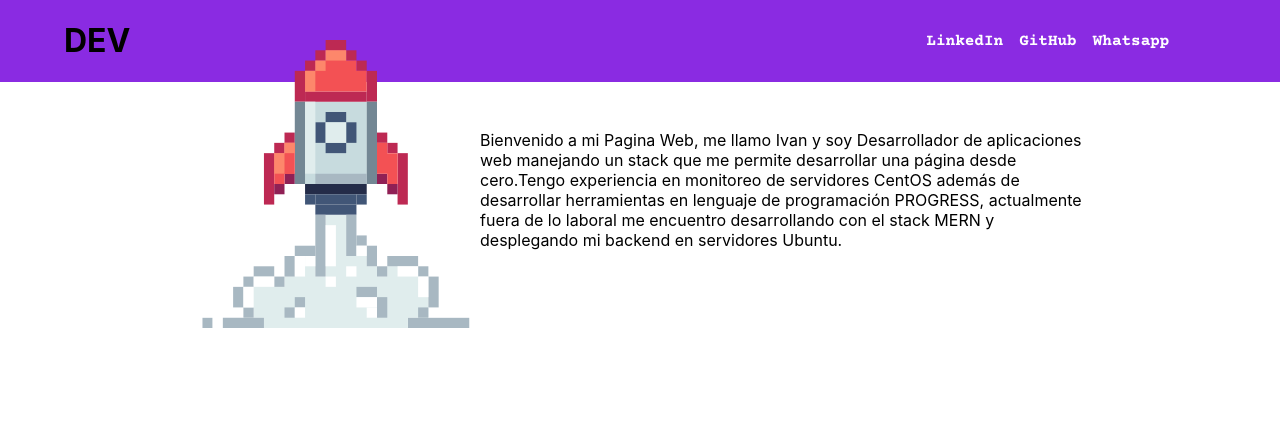
Repository: FxIvan/myweb
Page: /
An editor plug-in stored every save of this project. The page is shown before and after the next save, followed by the edit.
The browser window is 1280 px wide. The pictures show the whole page.
The project was rebuilt for these pictures with package versions that can differ from the ones it lists, and the page was loaded fresh each time.

Above is the page before, as saved 2022-11-02 11:45:51.

### public/index.html
<!DOCTYPE html>
<html lang="en">
  <head>
    <meta charset="utf-8" />
    <link rel="icon" href="%PUBLIC_URL%/favicon.ico" />
    <meta name="viewport" content="width=device-width, initial-scale=1" />
    <meta name="theme-color" content="#000000" />
    <meta
      name="description"
      content="Web site created using create-react-app"
    />
    <link rel="apple-touch-icon" href="%PUBLIC_URL%/logo192.png" />
    <!--
      manifest.json provides metadata used when your web app is installed on a
      user's mobile device or desktop. See https://developers.google.com/web/fundamentals/web-app-manifest/
    -->
    <link rel="manifest" href="%PUBLIC_URL%/manifest.json" />
    <!--
      Notice the use of %PUBLIC_URL% in the tags above.
      It will be replaced with the URL of the `public` folder during the build.
      Only files inside the `public` folder can be referenced from the HTML.

      Unlike "/favicon.ico" or "favicon.ico", "%PUBLIC_URL%/favicon.ico" will
      work correctly both with client-side routing and a non-root public URL.
      Learn how to configure a non-root public URL by running `npm run build`.
    -->
    <title>My Web |Almendra Ivan 2022</title>
    <!--FONTS GOOGLE-->
    <link rel="preconnect" href="https://fonts.googleapis.com">
    <link rel="preconnect" href="https://fonts.gstatic.com" crossorigin>
    <link href="https://fonts.googleapis.com/css2?family=Courier+Prime:wght@700&display=swap" rel="stylesheet">
  </head>
  <body>
    <noscript>You need to enable JavaScript to run this app.</noscript>
    <div id="root"></div>
    <!--
      This HTML file is a template.
      If you open it directly in the browser, you will see an empty page.

      You can add webfonts, meta tags, or analytics to this file.
      The build step will place the bundled scripts into the <body> tag.

      To begin the development, run `npm start` or `yarn start`.
      To create a production bundle, use `npm run build` or `yarn build`.
    -->
  </body>
</html>

### src/index.js
import React from 'react';
import ReactDOM from 'react-dom/client';
import './index.css';
import App from './App';
import reportWebVitals from './reportWebVitals';
import { BrowserRouter } from 'react-router-dom';


const root = ReactDOM.createRoot(document.getElementById('root'));
root.render(
  <React.StrictMode>
    <App />
  </React.StrictMode>
);

// If you want to start measuring performance in your app, pass a function
// to log results (for example: reportWebVitals(console.log))
// or send to an analytics endpoint. Learn more: https://bit.ly/CRA-vitals
reportWebVitals();

### src/App.js
import { Routes, Route, HashRouter} from "react-router-dom";
import { Header } from "./component/header/header";

function App() {
  return (
    <HashRouter>
    <Routes>
        <Route path="/" element={<Header/>} />
    </Routes>
    </HashRouter>
  );
}

export default App;

### src/component/header/header.js
import React from 'react'
import '../css/header.css'
import { Section1 } from '../section1/section1'


export const Header = () =>{
    return(
        <div>
        <header>
            <div className='container-header'>
                <div className='subcontainer-header'>
                    <div className='container-header-logo'>
                        <h1>DEV</h1>
                    </div>
                    <div className='container-header-link'>
                        <ul>
                            <li><a href='https://www.linkedin.com/in/devalmendra/' target='_blanck'>LinkedIn</a></li>
                            <li><a href='https://github.com/FxIvan' target='_blanck'>GitHub</a></li>
                            <li><a href='https://api.whatsapp.com/send/?phone=541136887781&text&type=phone_number&app_absent=0' target='_blanck'>Whatsapp</a></li>
                        </ul>
                    </div>
                </div>
            </div>
        </header>
        <section>
            <div>
                <Section1/>
            </div>
        </section>
        </div>
    )
}

### src/component/css/header.css
header{
    background-color: blueviolet;
}

.container-header{
    margin: auto;
}

.subcontainer-header{
    display: flex;
    width: 90%;
    margin: auto;
    align-items: center;
}

.container-header-logo{
    width: 70%;
}
.container-header-link{
    width: 30%;
}
.container-header-link ul, a{
    display: flex;
    text-decoration: none;
    list-style: none;
    font-family: 'Courier Prime', monospace;
    font-weight: bolder;
    font-size: 16px;
    color: white;
}

.container-header-link ul li{
    margin-left: 1rem;
}

.container-presentacion{
    width: 70%;
    margin: auto;
    height: 20vh;
    margin-top: 2rem;
    display: flex;
    align-items: center;
}

.pesentacion-img img{
    height: 40vh;
}

.presentacion-text{
    height: 100%;
}

@media only screen and (max-width: 700px) {
    .container-header{

    }
    .subcontainer-header{

    }
    .container-header-logo{

    }
    .container-header-link{

    }
}

### src/component/section1/section1.js
import React from 'react'
import cohete from '../../media/img/coheteSection.svg'


export const Section1 = () =>{
    return(
        <div>
            <div className='container-presentacion'>
                <div className='pesentacion-img'>
                    <img src={cohete}/>
                </div>
                <div className='presentacion-text'>
                    <div>
                        <p>Bienvenido a mi Pagina Web, me llamo Ivan y soy Desarrollador de aplicaciones web manejando un stack que me permite desarrollar una página desde cero.Tengo experiencia en monitoreo de servidores CentOS además de desarrollar herramientas en lenguaje de programación PROGRESS, actualmente fuera de lo laboral me encuentro desarrollando con el stack MERN y desplegando mi backend en servidores Ubuntu. </p>
                    </div>
                </div>
            </div>
        </div>
    )
}

Loaded but not shown: src/index.css (common file); src/reportWebVitals.js (common file)

After the next save:
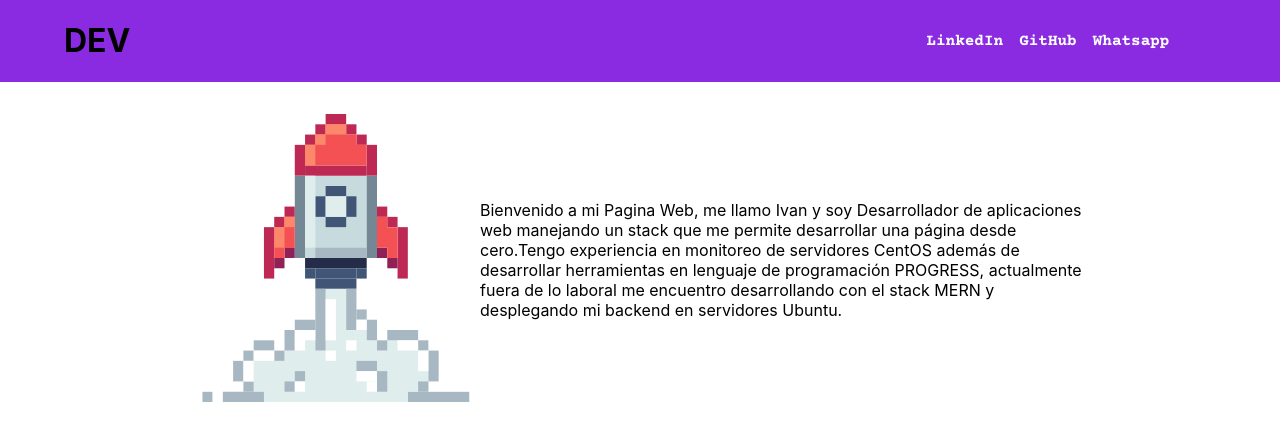
Saved 53 s later.
--- a/src/component/css/header.css
+++ b/src/component/css/header.css
@@ -36,7 +36,6 @@
 .container-presentacion{
     width: 70%;
     margin: auto;
-    height: 20vh;
     margin-top: 2rem;
     display: flex;
     align-items: center;
